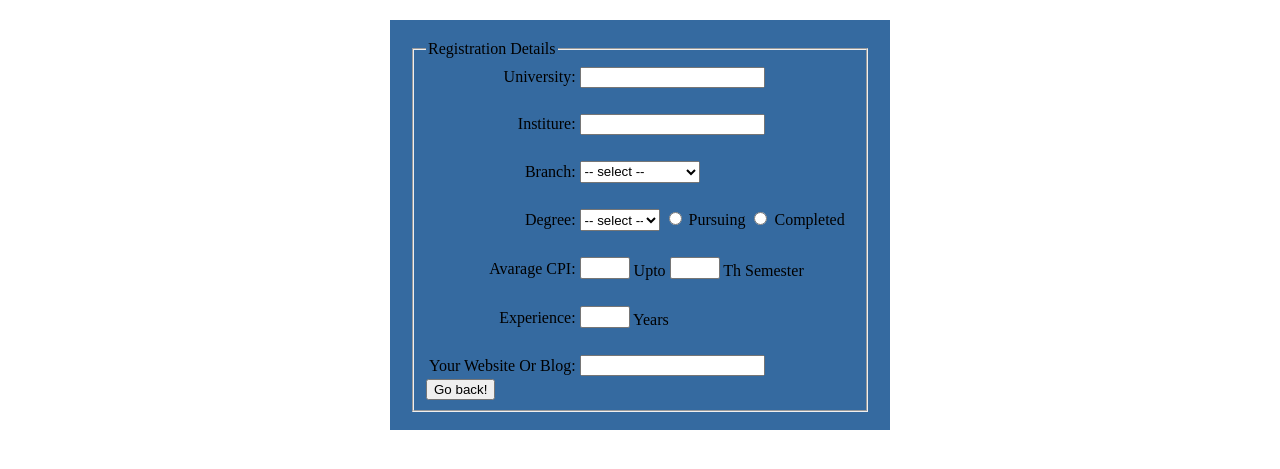
Repository: Helianthusss/Learn-CPP
Page: HTML/lap2/bai5.html
The author's editor kept a copy of each file at every save. The page is drawn from the files as they stood at one save, then again after the next save.
The browser window is 1280 px wide. The pictures show the whole page.

Above is the page before, as saved 2021-10-10 14:11:38.

### HTML/lap2/bai5.html
<!DOCTYPE html>
<html lang="en">
<head>
    <meta charset="UTF-8">
    <meta http-equiv="X-UA-Compatible" content="IE=edge">
    <meta name="viewport" content="width=device-width, initial-scale=1.0">
    <title>Document</title>
    <style>
        body{
            /* background-color: #81BEF7; */
            margin-left: auto;
            margin-right: auto;
            width: 500px;
            margin-top: 20px;
            /* text-align: center; */
        }
        form{
            background-color: #356aa0;
            height:370px;
            padding: 20px;
        }
        .ps{
            text-align: right;
        }
        button{
            text-align: center;
        }
    </style>
</head>
<body>
    <div>
    <form  >
        <!-- tao khung -->
        <fieldset>
        <legend>Registration Details</legend>
        <table>

            <tr>
                <td class="ps">University: </td>
                <td><input type="text"></td>
                <!-- <br> -->
            </tr>
            <tr>
                <td><br></td>
            </tr>
            <tr>
                <td class="ps">Institure: </td>
                <td><input type="text" ></td>
                <!-- <br> <br> -->
            </tr>
            <tr>
                <td><br></td>
            </tr>
            <tr>
                <td class="ps">Branch: </td>
                <td>
                    <select name="united" style="width: 120px; height: 22px">
                    <option selected="1" value="">-- select --</option>
                    <option value="2">England</option>
                    <option value="3">Japan</option>
                    <option value="4">Korea</option>
                    </select>
                </td>
            </tr>
            <tr>
                <td><br></td>
            </tr>
            <tr>
                <td class="ps">Degree: </td>
                <td>
                    <select name="united" style="width: 80px; height: 22px">
                    <option selected="1" value="">-- select --</option>
                    <option value="2">England</option>
                    <option value="3">Japan</option>
                    <option value="4">Korea</option>
                    </select>
                    <input type="radio" name="degree" value="pursuing" > Pursuing <input type="radio" name="degree" value="completed" > Completed
                </td>
            </tr>
            <tr>
                <td><br></td>
            </tr>
            <tr>
                <td class="ps">Avarage CPI:
                </td>

                <td>
                  <select name="united" multiple size="1" style="width: 50px; height: 22px">
                    </select>
                    Upto
                    <select name="united" multiple size="1" style="width: 50px; height: 22px">
                    </select>
                    </select>
                    Th Semester
                </td>
            </tr>
            <tr>
                <td><br></td>
            </tr>
            <tr>
                <td class="ps">Experience: </td>
                <td>
                  <select name="united" multiple size="1" style="width: 50px; height: 22px">
                  </select>
                    </select>
                    Years
                </td>
            </tr>
            <tr>
                <td><br></td>
            </tr>
            <tr>
                <td class="ps">Your Website Or Blog: </td>
                <td><input type="text" ></td>
                <!-- <br> <br> -->
            </tr>
        </table>

    </form>
    <button id="go-back">Go back!</button>
    </div>

    <!-- <div>
        <button type="button" class="btn btn-default btn-circle"><i class="glyphicon glyphicon-ok" style="width:20px; height:20px;"></i>
        </button>
        Steps
        <button type="button" class="btn btn-primary btn-circle"><i class="glyphicon glyphicon-list"></i>
        </button>
    </div> -->
</body>
</html>

After the next save:
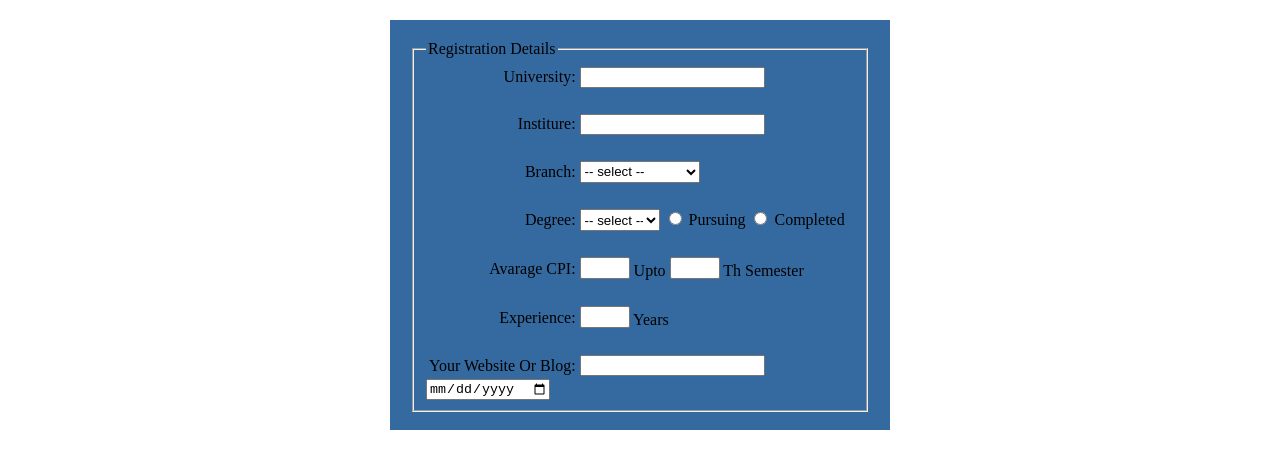
Saved 6 min 34 s later.
--- a/HTML/lap2/bai5.html
+++ b/HTML/lap2/bai5.html
@@ -117,7 +117,7 @@
         </table>
 
     </form>
-    <button id="go-back">Go back!</button>
+    <input type="date" min="2019-12-25" step="1">
     </div>
 
     <!-- <div>
